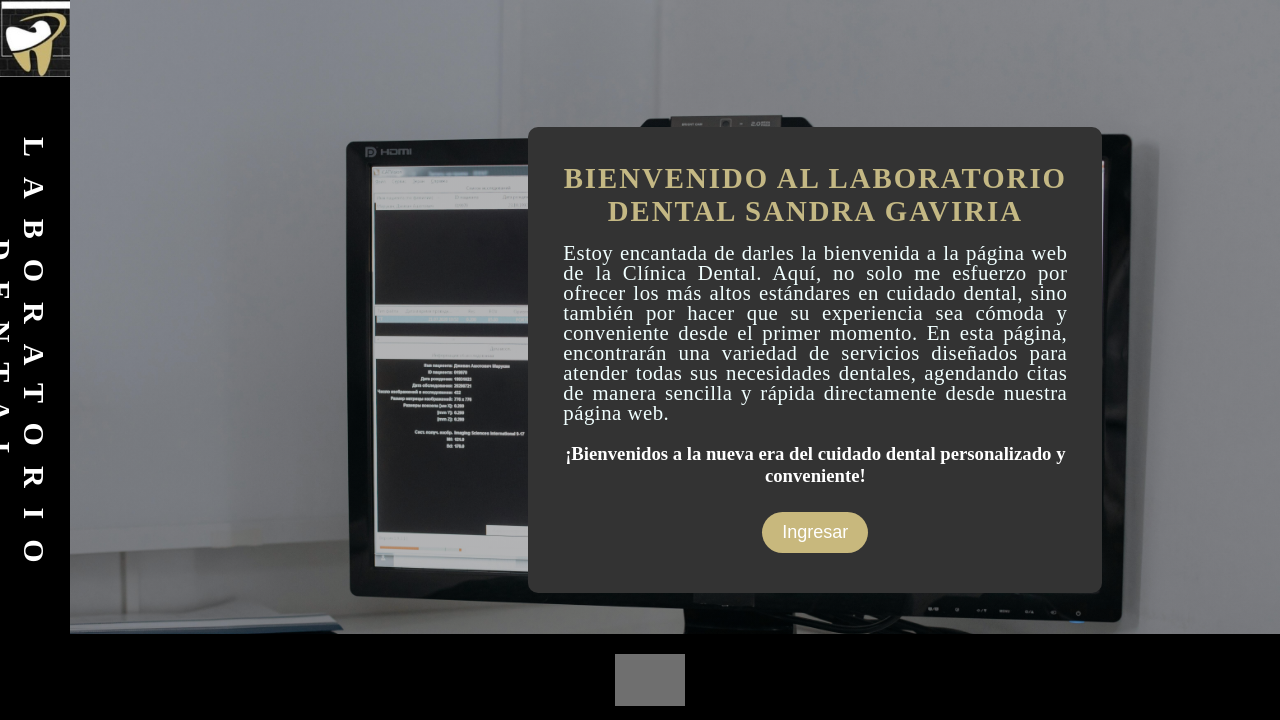
Repository: IIntef/ProyectoDental2.0
Page: Proyecto/Proyecto/Fer.html
An editor plug-in stored every save of this project. The page is shown before and after the next save, followed by the edit.
The browser window is 1280 px wide. The pictures show the whole page.
Pictures or frames that could not be fetched are drawn as grey boxes.

Above is the page before, as saved 2024-06-19 14:18:57.

### Proyecto/Proyecto/Fer.html
<!DOCTYPE html>
<html lang="en">
<head>
    <meta charset="UTF-8">
    <meta name="viewport" content="width=device-width, initial-scale=1.0">
    <title>Inicio</title>
    <link rel="stylesheet" href="StyleFer.css">
    <style>
        /* Estilos adicionales que puedas necesitar */
    </style>
</head>
<body>
    <header>
        <img src="Logo.jpeg" alt="Logo Laboratorio Dental">
        <h1>LABORATORIO DENTAL</h1>
    </header>
    <main>
        <div class="container">
            <h2>BIENVENIDO AL LABORATORIO DENTAL SANDRA GAVIRIA</h2>
            <p>Estoy encantada de darles la bienvenida a la página web de la Clínica Dental. Aquí, no solo me esfuerzo por ofrecer los más altos estándares
            en cuidado dental, sino también por hacer que su experiencia sea cómoda y conveniente desde el primer momento.
            En esta página, encontrarán una variedad de servicios diseñados para atender todas sus necesidades dentales, agendando citas de manera sencilla y rápida directamente desde nuestra página web.</p>
            <h3>¡Bienvenidos a la nueva era del cuidado dental personalizado y conveniente!</h3>
            <div class="buttons">
                <button id="Ingresar">Ingresar</button>
            </div>
        </div>
    </main>
    <footer>
        <div class="contenedor1">
            <a href="https://www.facebook.com/profile.php?id=100042873386422&mibextid=ZbWKwL" class="icono-link">
                <img src="Facebook.png" alt="Facebook">
            </a>
        </div>
        <div class="about-us-slider">
            <div class="slide" id="slide1">
                <h2>Nuestra Historia</h2>
                <p>Texto descriptivo sobre la historia de la empresa.</p>
            </div>
            <div class="slide" id="slide2">
                <h2>Nuestro Equipo</h2>
                <p>Información sobre los miembros clave del equipo.</p>
            </div>
            <div class="slide" id="slide3">
                <h2>Nuestra Misión</h2>
                <p>Explicación de la misión y los valores de la empresa.</p>
            </div>
        </div>
    </footer>
    <script>
        // Script para controlar el slider, dependiendo del método que elijas (ej. utilizando JavaScript puro, jQuery, etc.)
    </script>
</body>
</html>

### Proyecto/Proyecto/StyleFer.css
header{
    position: relative;
    background-color: #000000;
    width: fit-content;
    height: 100vh;
    display: flex;
    flex-direction: column;
    align-items: center;
    justify-content: space-between;
    z-index: 1;
}

header h1 {
        position: absolute;
        top: 0;
        bottom: 0;
        left: 0;
        right: 0;
        margin: 27%;
        writing-mode: vertical-rl;
        letter-spacing: 20px;
        font-size: 30px;
        transform: rotate(0deg);
        color: #fff;
        font-weight: bold;
    }


header img {
    width: 8vw;
    max-width: 70px;
}

main{
    width: 100%;
    justify-content:center;
    align-items: center;
    margin-left: calc(55% - 6.5cm);
}

.container{
    flex: 1;
    background-color: #333;
    color: #ffffff;
    padding: 35px;
    text-align: center;
    width: 70vw;
    max-width: 70vh;
    border-radius: 10px;
}
body {
    padding: 0;
    margin: 0;
    font-family: 'Times New Roman', Times, serif, Helvetica, Arial, sans-serif;
    display: flex;
    align-items: center;
    min-height: 100%;
    background: linear-gradient(rgba(5,7,12,0.3), rgba(5,7,12,0.3)), url("Fondo.jpg"), no-repeat center center fixed;
    width: 100%;
    background-size: cover;
}

h1{
    margin: 0;
    color: white;
    font-family: 'Fredoka One';
    letter-spacing: 2px;
    font-size: clamp(1.5rem, 2.5vw, 2rem);
    text-align: center;
}

h2{
    margin: 0;
    color: #c4b884;
    font-family: 'Fredoka One';
    letter-spacing: 2px;
    font-size: clamp(1.2rem, 2.5vw, 1.8rem);
    text-align:center;
}

h3{
    color: #ffffff;
}

p{
    font-weight: 100;
    line-height: 20px;
    letter-spacing: 0.5px;
    margin: 15px 0 20px;
    font-size: clamp(1.2rem, 2.5vw, 1.3rem);
    text-align: justify;
    color:azure;
}


.buttons {
    margin-top: 20px;
    align-items: center;
}

button {
    font-size: large;
    background-color: #c8b87d;
    color: #ffffff;
    border: none;
    padding: 10px 20px;
    margin: 5px;
    cursor: pointer;
    border-radius: 30px; /* Bordes redondos */
    transition: background-color 0.3s; /* Transición suave del color de fondo */
}

button:hover {
    background-color: #c4b884; /* Cambia el color al pasar el cursor */
}

footer{
    position: fixed; /* Fijar el pie de página */
    bottom: 0; /* Alinearlo al fondo */
    left: 0; /* Alinearlo a la izquierda */
    width: 100%; /* Ocupar todo el ancho */
    background-color: #000000; /* Color de fondo */
    padding: 10px; /* Espaciado interior */
    text-align: right; /* Alinear contenido a la derecha */
    color: #ffffff; /* Color del texto */
}
h6{
    text-align: center;
    letter-spacing: 0cap;
}

footer img {
    width: 8vw;
    max-width: 70px;
}

.contenedor1 {
    margin-top: 10px;
    display: flex;
    flex-direction: column;
    align-items: center;
}


.icono-link {
    display: inline-block;
    margin: 0 10px;
    opacity: 0.7;
    transition: opacity 0.3s ease;
}

.icono-link:hover {
    opacity: 1;
}

.about-us-slider {
    width: 100%;
    overflow: hidden;
    position: relative;
}

.slide {
    display: none;
    padding: 20px;
}

.slide.active {
    display: block;
}

/* Estilos para los botones de navegación (opcional) */
.prev, .next {
    cursor: pointer;
    position: absolute;
    top: 50%;
    transform: translateY(-50%);
    padding: 10px;
    background-color: #333;
    color: #fff;
    z-index: 100;
}

.prev {
    left: 0;
}

.next {
    right: 0;
}

### Proyecto/Proyecto/Interactivo.js
var currentSlide = 1;

function showSlide(slideIndex) {
    var slides = document.getElementsByClassName("slide");
    if (slideIndex > slides.length) {
        currentSlide = 1;
    }
    if (slideIndex < 1) {
        currentSlide = slides.length;
    }
    for (var i = 0; i < slides.length; i++) {
        slides[i].style.display = "none";
    }
    slides[currentSlide - 1].style.display = "block";
}

showSlide(currentSlide);

// Funciones para los botones de navegación (opcional)
document.querySelector('.prev').addEventListener('click', function() {
    showSlide(--currentSlide);
});

document.querySelector('.next').addEventListener('click', function() {
    showSlide(++currentSlide);
});

After the next save:
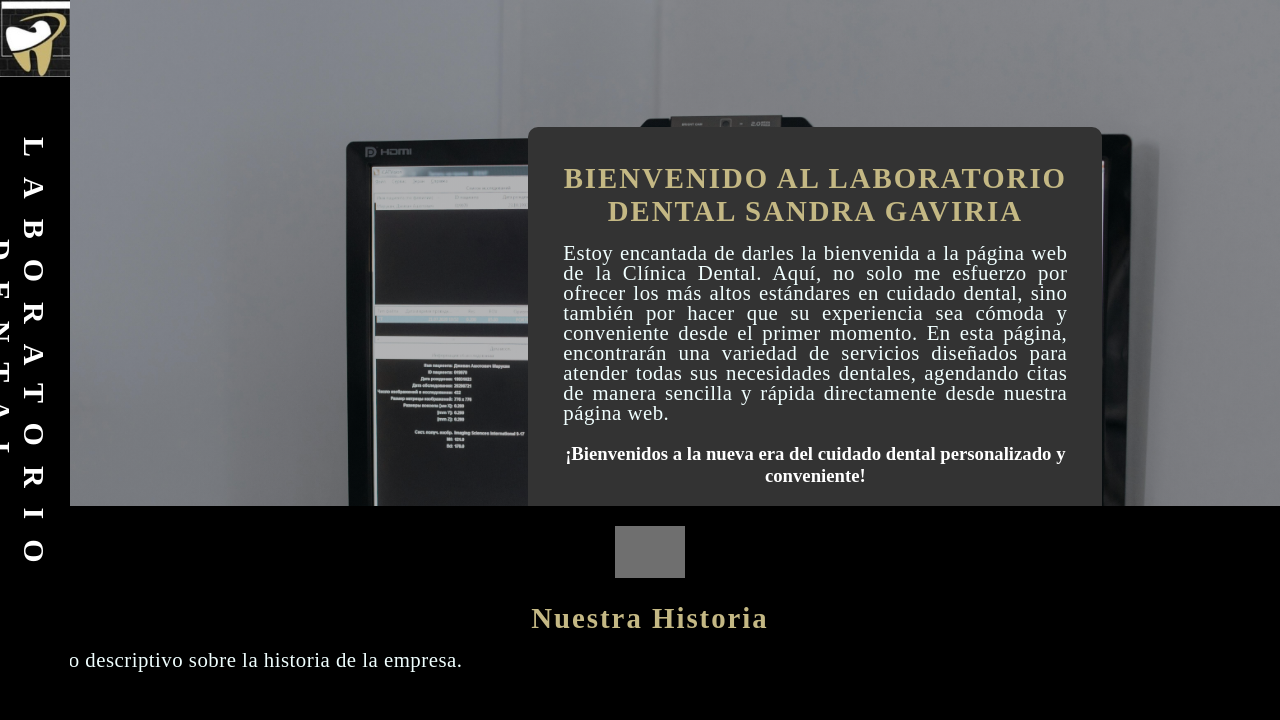
Console error: TypeError: Cannot read properties of null (reading 'addEventListener')
Saved 63 s later.
--- a/Proyecto/Proyecto/Fer.html
+++ b/Proyecto/Proyecto/Fer.html
@@ -47,8 +47,6 @@
             </div>
         </div>
     </footer>
-    <script>
-        // Script para controlar el slider, dependiendo del método que elijas (ej. utilizando JavaScript puro, jQuery, etc.)
-    </script>
+    <script src="Interactivo.js"></script>
 </body>
 </html>
